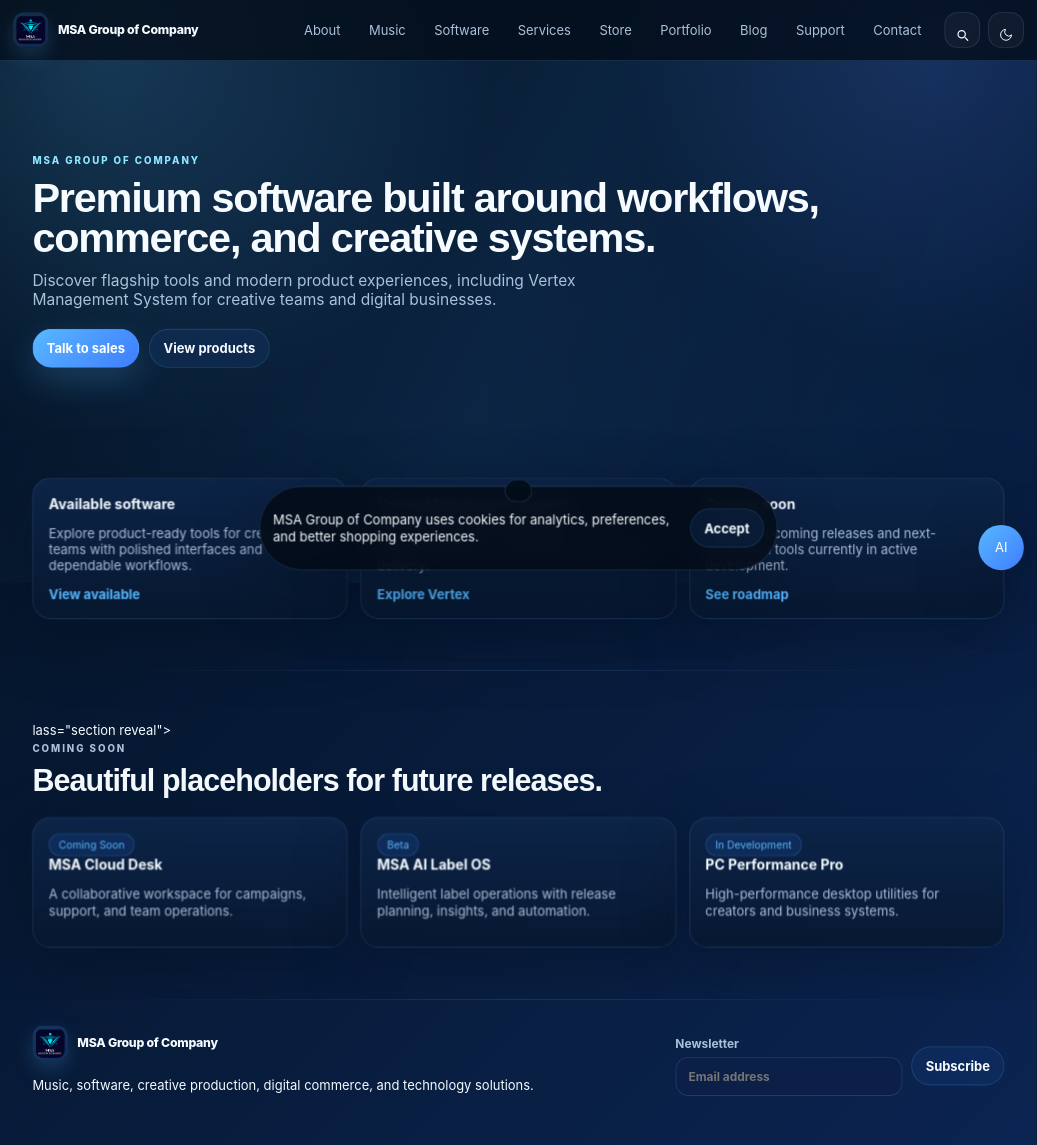
Repository: wifiasert/MSA-Group-of-Company
Page: software/index.html
These files come from the project's save history. The page is drawn as it stood at one moment and after the next save; the edit follows.
The browser window is 1280 px wide. The pictures show the whole page, at 81% of full size.

Above is the page before, as saved 2026-07-18 04:50:48.

### software/index.html
<!doctype html>
<html lang="en">
<head>
  <meta charset="utf-8">
  <meta name="viewport" content="width=device-width, initial-scale=1">
  <title>MSA Group of Company | Software</title>
  <meta name="robots" content="index, follow">
  <meta name="keywords" content="software company, digital agency, AI solutions, web development, mobile app development, automation, branding, music production, Ghana software company, global software company">
  <link rel="canonical" href="https://msagroupofcompanies.online/software/">
  <link rel="shortlink" href="https://msagroupofcompanies.online/software/">
  <meta property="og:locale" content="en_US">
  <meta property="og:site_name" content="MSA Group of Company">
  <meta property="og:type" content="website">
  <meta property="og:title" content="MSA Group of Company | Software">
  <meta property="og:description" content="Browse MSA Group of Company software products for music, creators, devices, and business workflows.">
  <meta property="og:url" content="https://msagroupofcompanies.online/software/">
  <meta property="og:image" content="https://msagroupofcompanies.online/assets/og-preview.png">
  <meta property="og:image:alt" content="MSA Group of Company digital services and creative technology">
  <meta name="twitter:card" content="summary_large_image">
  <meta name="twitter:title" content="MSA Group of Company | Software">
  <meta name="twitter:description" content="Browse MSA Group of Company software products for music, creators, devices, and business workflows.">
  <meta name="twitter:image" content="https://msagroupofcompanies.online/assets/og-preview.png">
  <meta name="author" content="MSA Group of Company">
  <meta name="publisher" content="MSA Group of Company">
  <link rel="apple-touch-icon" href="https://msagroupofcompanies.online/assets/favicon.svg">
  <link rel="manifest" href="../manifest.webmanifest">

  <meta name="description" content="Browse MSA Group of Company software products for music, creators, devices, and business workflows.">
  <meta name="theme-color" content="#060816">
  <link rel="icon" href="../assets/favicon.svg" type="image/svg+xml">
  <link rel="stylesheet" href="../styles.css">
  <script type="application/ld+json">
{
  "@context": "https://schema.org",
  "@graph": [
    {
      "@type": [
        "Organization",
        "ProfessionalService",
        "LocalBusiness"
      ],
      "@id": "https://msagroupofcompanies.online/#organization",
      "name": "MSA Group of Company",
      "url": "https://msagroupofcompanies.online/",
      "logo": "https://msagroupofcompanies.online/assets/favicon.svg",
      "sameAs": [
        "https://www.linkedin.com/",
        "https://www.instagram.com/",
        "https://www.youtube.com/",
        "https://www.tiktok.com/",
        "https://twitter.com/"
      ],
      "description": "MSA Group of Company delivers music, software, creative production, branding, and technology solutions for artists, startups, and businesses worldwide.",
      "contactPoint": [
        {
          "@type": "ContactPoint",
          "contactType": "customer support",
          "email": "hello@msa.company",
          "areaServed": [
            "GH",
            "US",
            "GB",
            "CA"
          ],
          "availableLanguage": [
            "English"
          ]
        }
      ],
      "address": {
        "@type": "PostalAddress",
        "addressCountry": "GH",
        "addressLocality": "Accra",
        "addressRegion": "Greater Accra"
      }
    },
    {
      "@type": "WebSite",
      "@id": "https://msagroupofcompanies.online/#website",
      "url": "https://msagroupofcompanies.online/",
      "name": "MSA Group of Company",
      "publisher": {
        "@id": "https://msagroupofcompanies.online/#organization"
      }
    },
    {
      "@type": "WebPage",
      "@id": "https://msagroupofcompanies.online/software/#webpage",
      "url": "https://msagroupofcompanies.online/software/",
      "name": "MSA Group of Company | Software",
      "description": "Browse MSA Group of Company software products for music, creators, devices, and business workflows.",
      "inLanguage": "en",
      "isPartOf": {
        "@id": "https://msagroupofcompanies.online/#website"
      },
      "breadcrumb": {
        "@id": "https://msagroupofcompanies.online/software/#breadcrumb"
      }
    },
    {
      "@type": "BreadcrumbList",
      "@id": "https://msagroupofcompanies.online/software/#breadcrumb",
      "itemListElement": [
        {
          "@type": "ListItem",
          "position": 1,
          "name": "Home",
          "item": "https://msagroupofcompanies.online/"
        },
        {
          "@type": "ListItem",
          "position": 2,
          "name": "Software",
          "item": "https://msagroupofcompanies.online/software"
        }
      ]
    },
    {
      "@type": "OfferCatalog",
      "name": "MSA Group of Company services",
      "itemListElement": [
        {
          "@type": "OfferCatalog",
          "name": "Website Development",
          "itemListElement": [
            {
              "@type": "Offer",
              "itemOffered": {
                "@type": "Service",
                "name": "Website Development"
              }
            }
          ]
        },
        {
          "@type": "OfferCatalog",
          "name": "Brand Identity",
          "itemListElement": [
            {
              "@type": "Offer",
              "itemOffered": {
                "@type": "Service",
                "name": "Brand Identity"
              }
            }
          ]
        },
        {
          "@type": "OfferCatalog",
          "name": "Music Production",
          "itemListElement": [
            {
              "@type": "Offer",
              "itemOffered": {
                "@type": "Service",
                "name": "Music Production"
              }
            }
          ]
        },
        {
          "@type": "OfferCatalog",
          "name": "Software Development",
          "itemListElement": [
            {
              "@type": "Offer",
              "itemOffered": {
                "@type": "Service",
                "name": "Software Development"
              }
            }
          ]
        },
        {
          "@type": "OfferCatalog",
          "name": "Digital Marketing",
          "itemListElement": [
            {
              "@type": "Offer",
              "itemOffered": {
                "@type": "Service",
                "name": "Digital Marketing"
              }
            }
          ]
        },
        {
          "@type": "OfferCatalog",
          "name": "Technology Solutions",
          "itemListElement": [
            {
              "@type": "Offer",
              "itemOffered": {
                "@type": "Service",
                "name": "Technology Solutions"
              }
            }
          ]
        },
        {
          "@type": "OfferCatalog",
          "name": "Music Distribution",
          "itemListElement": [
            {
              "@type": "Offer",
              "itemOffered": {
                "@type": "Service",
                "name": "Music Distribution"
              }
            }
          ]
        },
        {
          "@type": "OfferCatalog",
          "name": "Publishing Services",
          "itemListElement": [
            {
              "@type": "Offer",
              "itemOffered": {
                "@type": "Service",
                "name": "Publishing Services"
              }
            }
          ]
        },
        {
          "@type": "OfferCatalog",
          "name": "Artist Services",
          "itemListElement": [
            {
              "@type": "Offer",
              "itemOffered": {
                "@type": "Service",
                "name": "Artist Services"
              }
            }
          ]
        },
        {
          "@type": "OfferCatalog",
          "name": "Record Label Services",
          "itemListElement": [
            {
              "@type": "Offer",
              "itemOffered": {
                "@type": "Service",
                "name": "Record Label Services"
              }
            }
          ]
        },
        {
          "@type": "OfferCatalog",
          "name": "App Development",
          "itemListElement": [
            {
              "@type": "Offer",
              "itemOffered": {
                "@type": "Service",
                "name": "App Development"
              }
            }
          ]
        },
        {
          "@type": "OfferCatalog",
          "name": "Business Automation",
          "itemListElement": [
            {
              "@type": "Offer",
              "itemOffered": {
                "@type": "Service",
                "name": "Business Automation"
              }
            }
          ]
        }
      ]
    }
  ]
}
  </script>
</head>
<body>
  <div class="loader" id="loader"><span>MSA</span></div>
  <a class="skip-link" href="#main">Skip to content</a>
  <header class="site-header">
    <nav class="nav-shell" aria-label="Primary navigation">
      <a class="brand" href="../" aria-label="MSA Group of Company home"><img class="brand-logo" src="../images/logo%20n%20copy.jpg" alt="MSA Group of Company logo"><span class="brand-text">MSA Group of Company</span></a>
      <button class="icon-button nav-toggle" type="button" aria-label="Open navigation" aria-expanded="false">☰</button>
      <div class="nav-links" id="navLinks">
        <div class="nav-item"><a href="../about/">About</a></div>
        <div class="nav-item"><a href="../music/">Music</a><div class="submenu"><a href="../music/record-label/">Record Label</a><a href="../music/distribution/">Distribution</a><a href="../music/publishing/">Publishing</a><a href="../music/artist-services/">Artist Services</a></div></div>
        <div class="nav-item"><a href="../software/">Software</a><div class="submenu"><a href="../software/available/">Available</a><a href="../software/coming-soon/">Coming Soon</a></div></div>
        <div class="nav-item"><a href="../services/">Services</a></div>
        <div class="nav-item"><a href="../store/">Store</a></div>
        <div class="nav-item"><a href="../portfolio/">Portfolio</a></div>
        <div class="nav-item"><a href="../blog/">Blog</a></div>
        <div class="nav-item"><a href="../support/">Support</a></div>
        <div class="nav-item"><a href="../contact/">Contact</a></div>
      </div>
      <div class="nav-actions"><button class="icon-button" id="searchOpen" type="button" aria-label="Open search">⌕</button><button class="icon-button" id="themeToggle" type="button" aria-label="Toggle theme">◐</button></div>
    </nav>
  </header>
  <main id="main">
    <section class="page-hero reveal">
      <div class="hero-content">
        <p class="eyebrow">MSA Group of Company</p>
        <h1>Premium software built around workflows, commerce, and creative systems.</h1>
        <p class="hero-copy">Discover flagship tools and modern product experiences, including Vertex Management System for creative teams and digital businesses.</p>
        <div class="hero-actions"><a class="primary-button" href="../contact/">Talk to sales</a><a class="secondary-button" href="../software/available/">View products</a></div>
      </div>
    </section>
    <section class="section reveal"><div class="card-grid"><article class="glass-card"><h3>Available software</h3><p>Explore product-ready tools for creators and teams with polished interfaces and dependable workflows.</p><a class="inline-link" href="../software/available/">View available</a></article><article class="glass-card"><h3>Vertex Management System</h3><p>Flagship operations software to connect creative commerce, collaboration, and project delivery.</p><a class="inline-link" href="../software/available/#vertex-management">Explore Vertex</a></article><article class="glass-card"><h3>Coming soon</h3><p>Preview upcoming releases and next-generation tools currently in active development.</p><a class="inline-link" href="../software/coming-soon/">See roadmap</a></article></div></section>
    <section class="section reveal">
    lass="section reveal">
      <div class="section-heading"><p class="eyebrow">Coming soon</p><h2>Beautiful placeholders for future releases.</h2></div>
      <div class="card-grid">
        <article class="glass-card"><span class="chip">Coming Soon</span><h3>MSA Cloud Desk</h3><p>A collaborative workspace for campaigns, support, and team operations.</p></article>
        <article class="glass-card"><span class="chip">Beta</span><h3>MSA AI Label OS</h3><p>Intelligent label operations with release planning, insights, and automation.</p></article>
        <article class="glass-card"><span class="chip">In Development</span><h3>PC Performance Pro</h3><p>High-performance desktop utilities for creators and business systems.</p></article>
      </div>
    </section>
  </main>
  <footer class="site-footer"><div><a class="brand" href="../" aria-label="MSA Group of Company home"><img class="brand-logo" src="../images/logo%20n%20copy.jpg" alt="MSA Group of Company logo"><span class="brand-text">MSA Group of Company</span></a><p>Music, software, creative production, digital commerce, and technology solutions.</p></div><form class="newsletter" data-form="newsletter"><label>Newsletter<input required type="email" placeholder="Email address"></label><button class="secondary-button" type="submit">Subscribe</button></form></footer>
  <dialog class="modal" id="searchModal"><button class="icon-button close-modal" data-close type="button">×</button><h2>Search MSA Group of Company</h2><input id="siteSearch" placeholder="Search services, products, support, blog..."><div id="searchResults" class="search-results"></div></dialog>
  <div class="chatbot" id="chatbot"><button class="chat-toggle" id="chatToggle" type="button">AI</button><div class="chat-window" aria-live="polite"><strong>MSA AI Support</strong><div id="chatLog"><p>Ask about software, music submissions, orders, or services.</p></div><form id="chatForm"><input id="chatInput" placeholder="Type a question..."><button type="submit">Send</button></form></div></div>
  <div class="cookie" id="cookieBanner"><p>MSA Group of Company uses cookies for analytics, preferences, and better shopping experiences.</p><button class="secondary-button" id="cookieAccept" type="button">Accept</button></div>
  <div class="toast" id="toast" role="status" aria-live="polite"></div>
  <script src="../app.js"></script>
</body>
</html>

Loaded but not shown: app.js (337 lines, source omitted); styles.css (433 lines, source omitted)

After the next save:
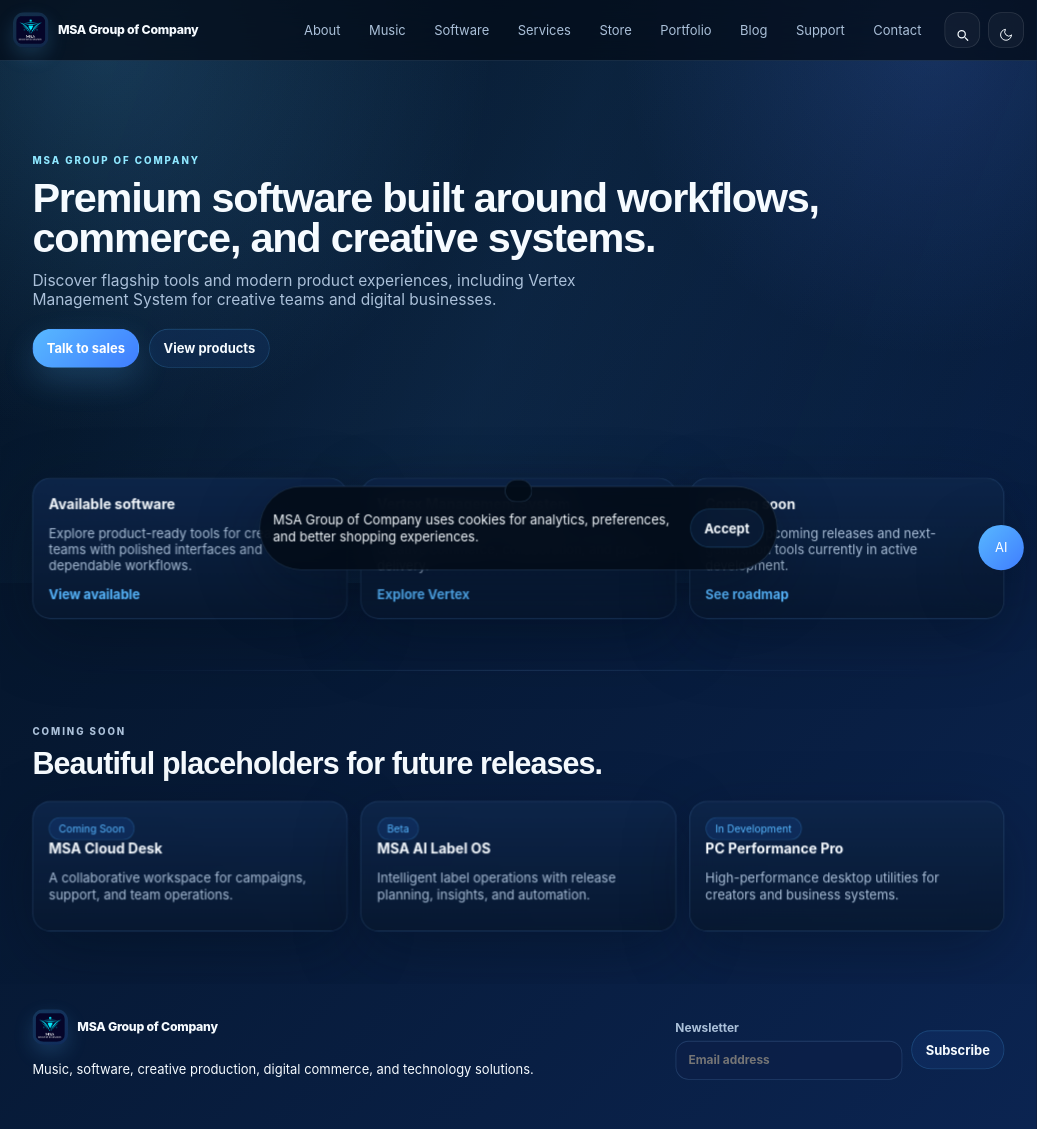
Saved 7 s later.
--- a/software/index.html
+++ b/software/index.html
@@ -313,7 +313,7 @@
     </section>
     <section class="section reveal"><div class="card-grid"><article class="glass-card"><h3>Available software</h3><p>Explore product-ready tools for creators and teams with polished interfaces and dependable workflows.</p><a class="inline-link" href="../software/available/">View available</a></article><article class="glass-card"><h3>Vertex Management System</h3><p>Flagship operations software to connect creative commerce, collaboration, and project delivery.</p><a class="inline-link" href="../software/available/#vertex-management">Explore Vertex</a></article><article class="glass-card"><h3>Coming soon</h3><p>Preview upcoming releases and next-generation tools currently in active development.</p><a class="inline-link" href="../software/coming-soon/">See roadmap</a></article></div></section>
     <section class="section reveal">
-    lass="section reveal">
+
       <div class="section-heading"><p class="eyebrow">Coming soon</p><h2>Beautiful placeholders for future releases.</h2></div>
       <div class="card-grid">
         <article class="glass-card"><span class="chip">Coming Soon</span><h3>MSA Cloud Desk</h3><p>A collaborative workspace for campaigns, support, and team operations.</p></article>
